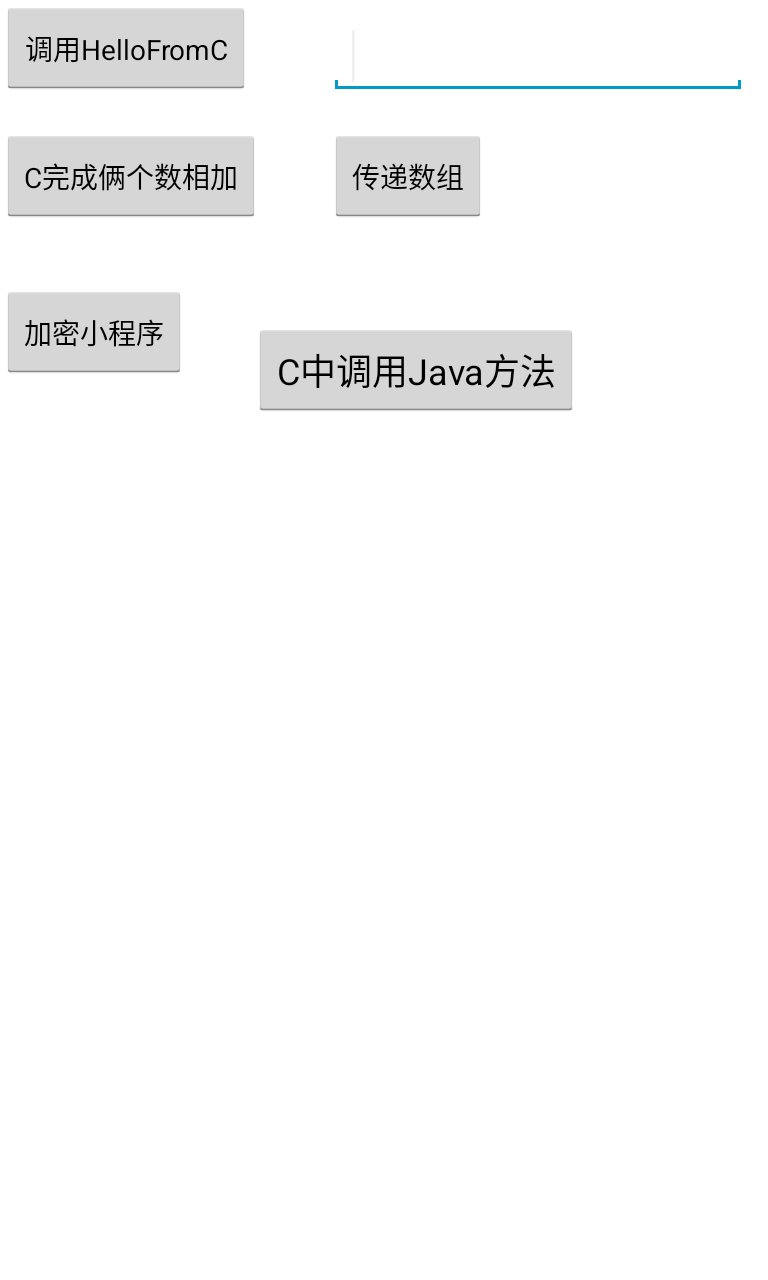
Repository: IvyZh/hm66
Layout: 黑马基础项目/res/layout/activity_jni.xml
The author's editor kept a copy of each file at every save. The layout is drawn from the files as they stood at one save, then again after the next save.
It is drawn on a 768 x 1280 px phone screen (xhdpi) without system bars, with theme AppTheme; the app's code is not run.

Above is the layout before, as saved 2016-05-29 20:07:14.

After the next save:
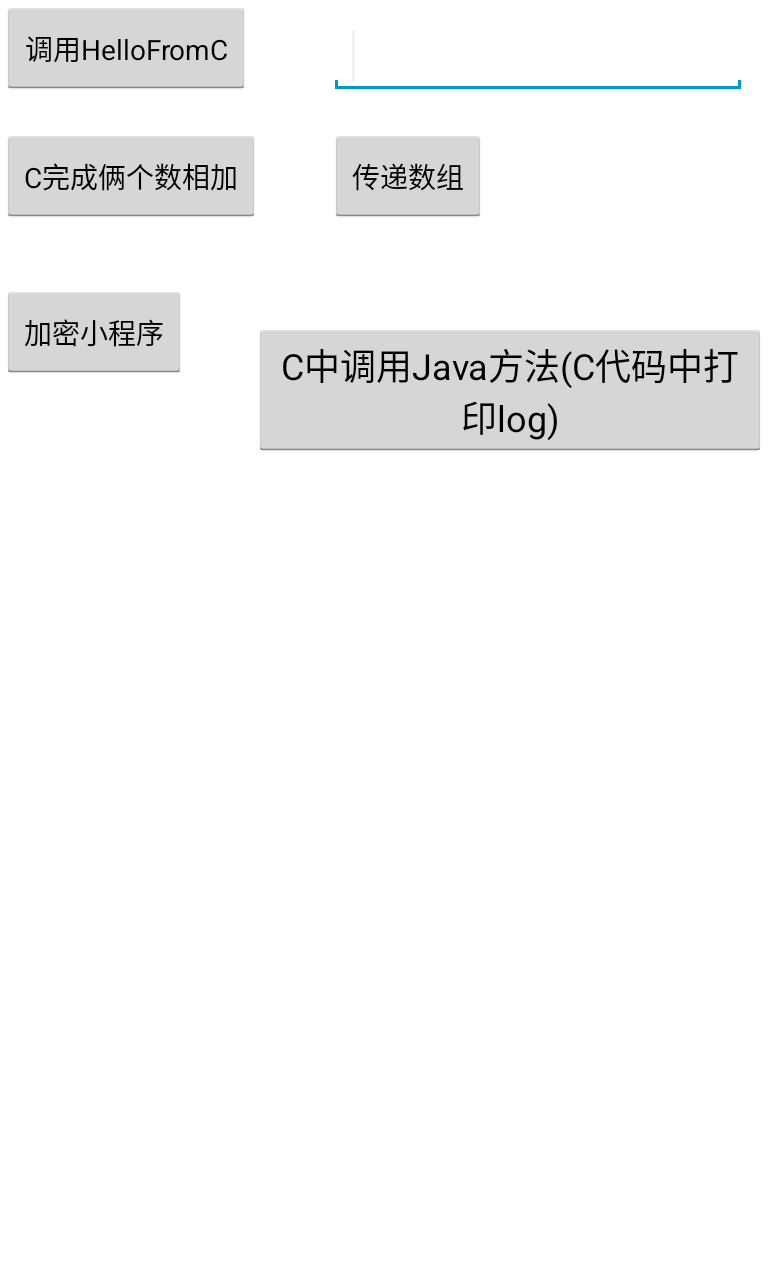
Saved 20 s later.
--- a/黑马基础项目/res/layout/activity_jni.xml
+++ b/黑马基础项目/res/layout/activity_jni.xml
@@ -67,6 +67,6 @@
         android:layout_alignTop="@+id/button3"
         android:layout_marginTop="19dp"
         android:layout_toRightOf="@+id/button1"
-        android:text="C中调用Java方法" />
+        android:text="C中调用Java方法(C代码中打印log)" />
 
 </RelativeLayout>
